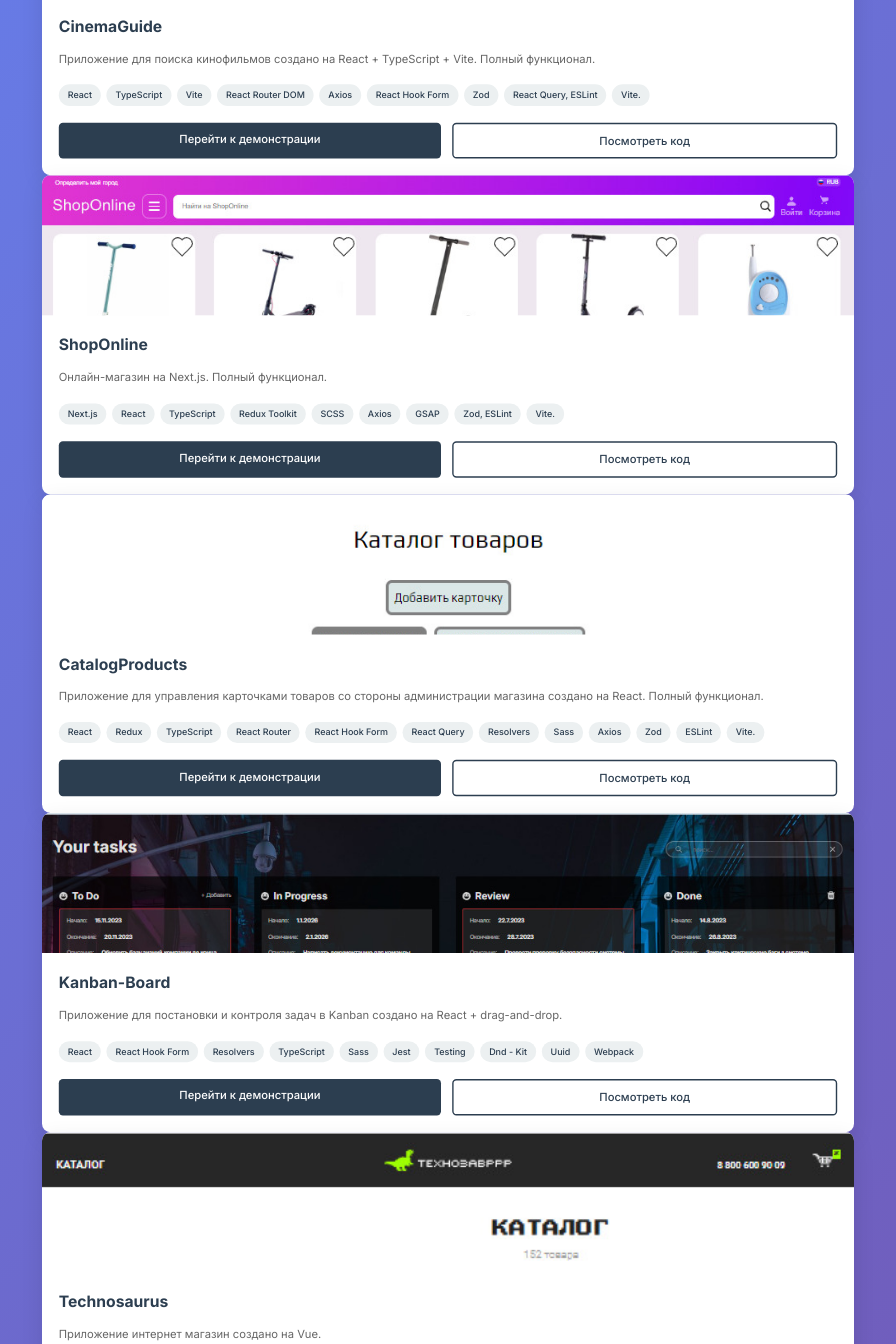
Repository: RostislavZeberg/resume-app
Page: /
These files come from the project's save history. The page is drawn as it stood at one moment and after the next save; the edit follows.
The browser window is 1280 px wide. The pictures show the part of the page from y = 459 to 2379 px (the page is 7095 px tall before and 7415 px after), at 70% of full size.
The project was rebuilt for these pictures with package versions that can differ from the ones it lists, and the page was loaded fresh each time. The framework's server and built-in components were replaced by stand-ins that run in the browser. Also part of the build but not shown: next.config.ts.

Above is the page before, as saved 2025-09-21 14:56:38.

After the next save:
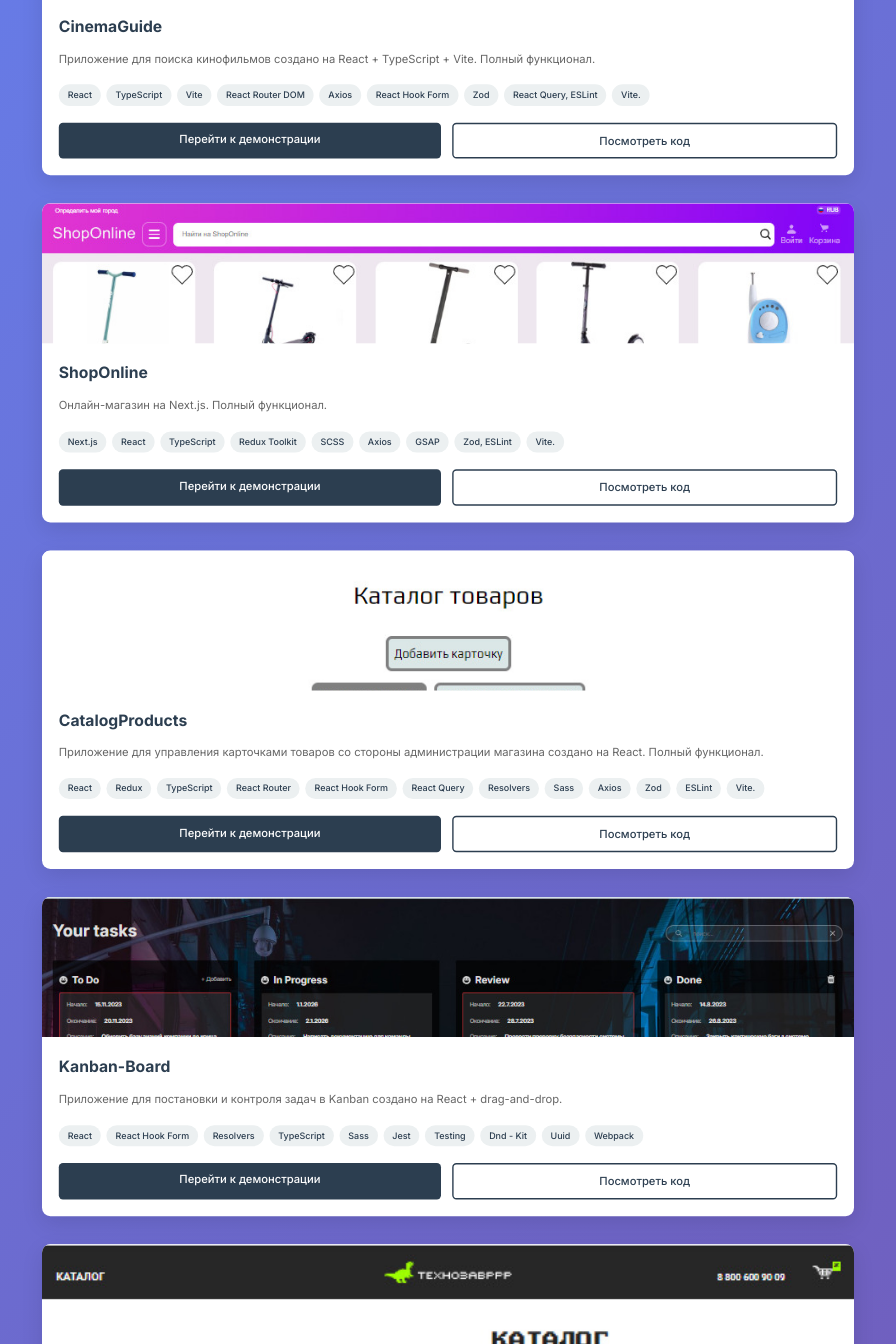
Saved 12 s later.
--- a/styles/sections/projects.module.scss
+++ b/styles/sections/projects.module.scss
@@ -15,7 +15,7 @@
   flex-direction: column;
   // display: grid;
   // grid-template-columns: repeat(auto-fit, minmax(350px, 1fr));
-  // gap: 2.5rem;
+  gap: 2.5rem;
   // margin-bottom: 3rem;
 }
 
